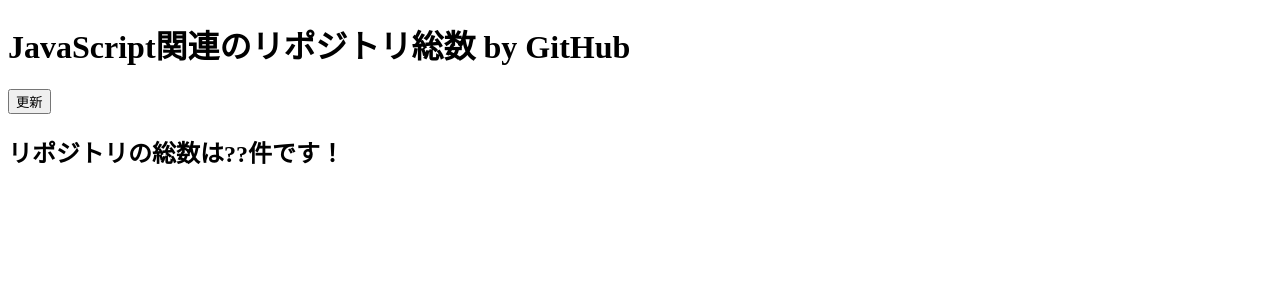
Repository: picalin/samurai_typing-game
Page: JavaScript_tutorial/Ajax_Task.html
The author's editor kept a record of every edit. The page is drawn from the files as they stood at one moment, then again after the next edit.
The browser window is 1280 px wide. The pictures show the whole page.

Above is the page before.

### JavaScript_tutorial/Ajax_Task.html
<!DOCTYPE html>
<html lang="ja">
  <head>
    <meta charset="utf-8">
    <title>11章 非同期処理とAjax　課題</title>
  </head>
    <body>
      <h1>JavaScript関連のリポジトリ総数 by GitHub</h1>

      <button id="btn">更新</button>
      <div id="number"><h2>リポジトリの総数は??件です！</h2></div>

      <script>
        const url = "https://api.github.com/search/repositories?q=javascript";
        const btn = document.getElementById("btn");
        const number = document.getElementById("number");

        const createNumber = item => {
          const h2 = document.createElement('h2');
          h2.textContent = 'Total Number of Repositories is' + item.total_count + '!';
          number.appendChild(h2);
        };

        btn.addEventListener('click', () => {
          number.innerHTML = '';

          fetch(url)
          .then(data => data.json()) //JSONデータとして取得する
          .then(data => createNumber(data))
          .then(data => console.log(data));


        });



      </script>
    </body>
</html>

After the next edit:
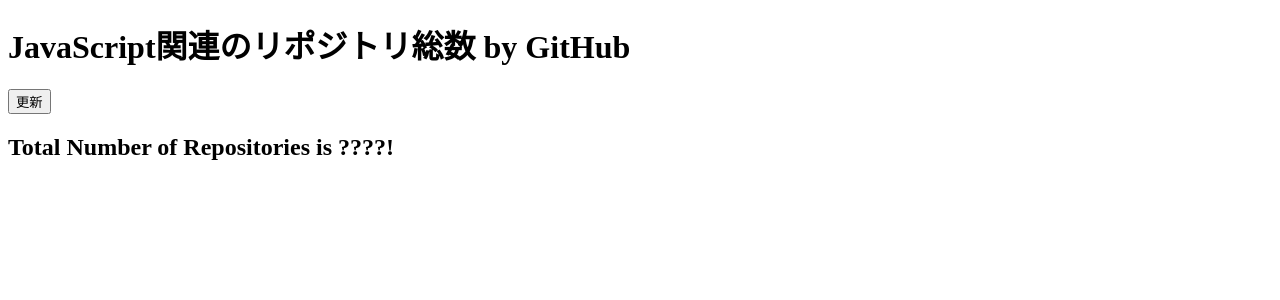
The edit:
--- a/JavaScript_tutorial/Ajax_Task.html
+++ b/JavaScript_tutorial/Ajax_Task.html
@@ -8,7 +8,7 @@
       <h1>JavaScript関連のリポジトリ総数 by GitHub</h1>
 
       <button id="btn">更新</button>
-      <div id="number"><h2>リポジトリの総数は??件です！</h2></div>
+      <div id="number"><h2>Total Number of Repositories is ????!</h2></div>
 
       <script>
         const url = "https://api.github.com/search/repositories?q=javascript";
